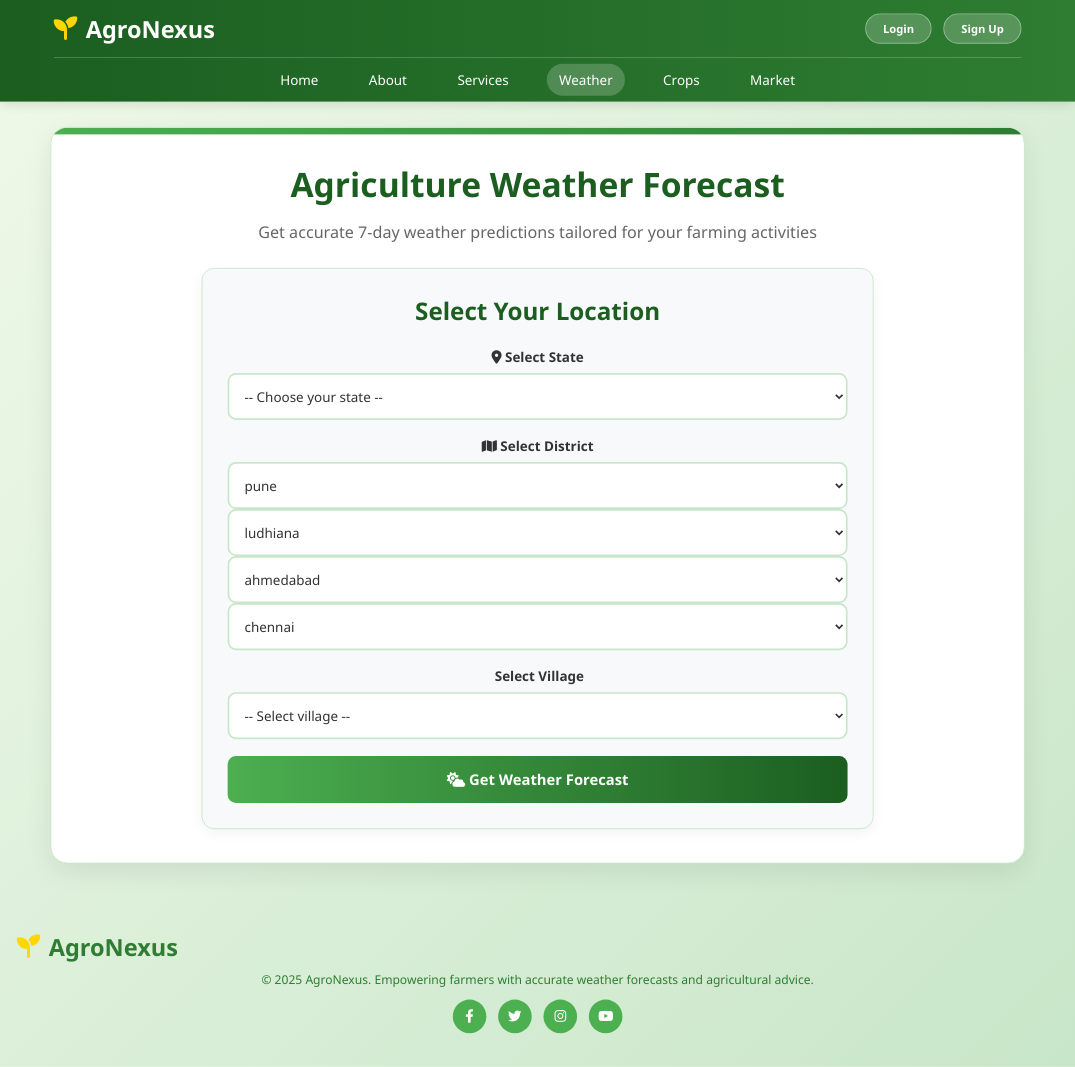
Repository: Sanika-ce/AgroNexus
Page: wheather.html
These files come from the project's save history. The page is drawn as it stood at one moment and after the next save; the edit follows.
The browser window is 1280 px wide. The pictures show the whole page, at 84% of full size.

Above is the page before, as saved 2025-08-02 17:53:03.
Not found: weather.js

After the next save:
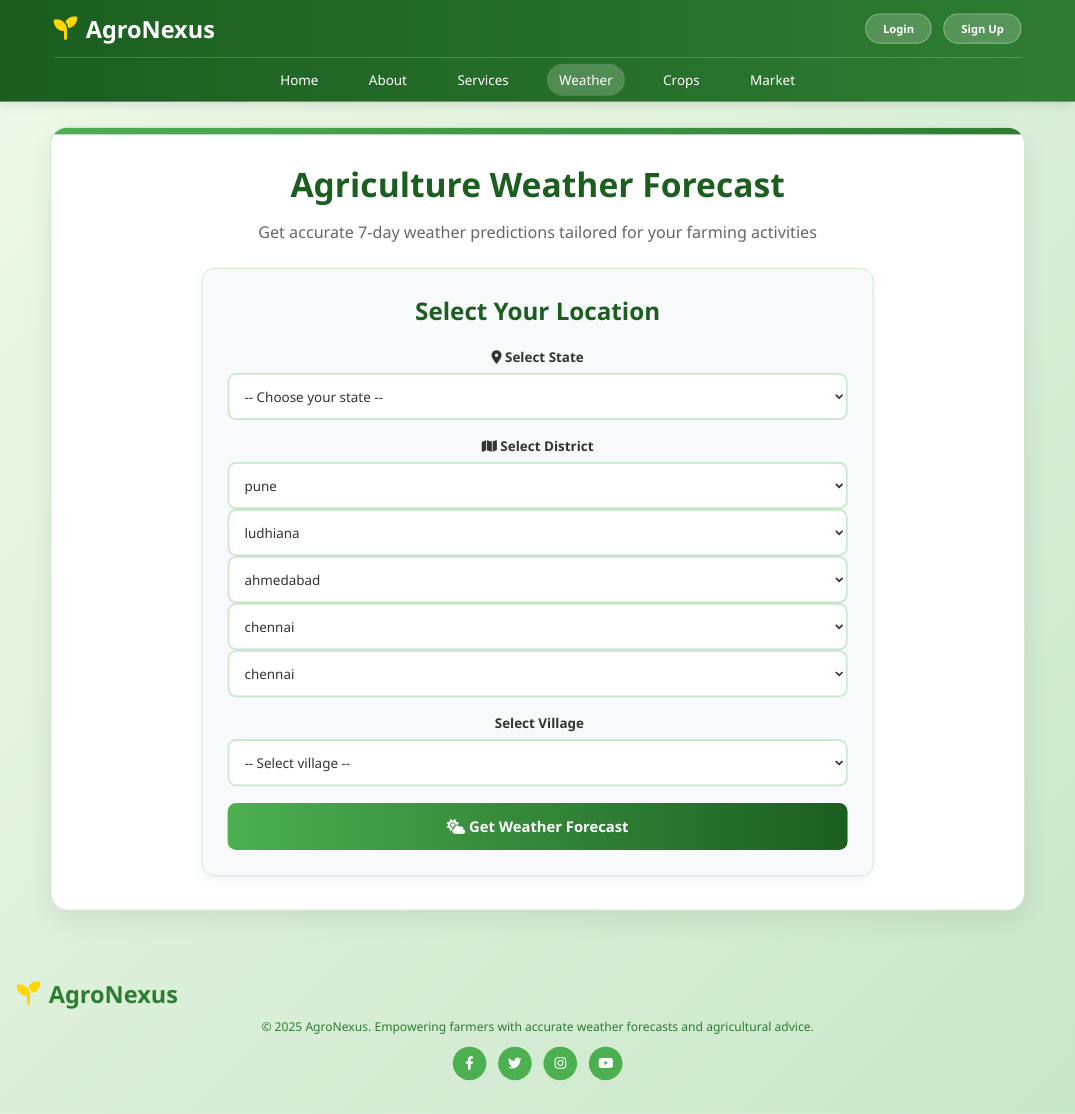
Saved 35 s later.
--- a/wheather.html
+++ b/wheather.html
@@ -85,8 +85,13 @@
                  <select id="tamilnadu">
                         <option value="  chennai">  chennai</option>
                         <option value=" coimbatore"> coimbatore</option>
-                        <option value="   vadodara">  vadodara</option>
-                        <option value="rajkot"> rajkot</option>
+                        <option value="   madurai"> madurai</option>
+                    </select>
+
+                <select id="tamilnadu">
+                        <option value="  chennai">  chennai</option>
+                        <option value=" coimbatore"> coimbatore</option>
+                        <option value="   madurai"> madurai</option>
                     </select>
 
 
